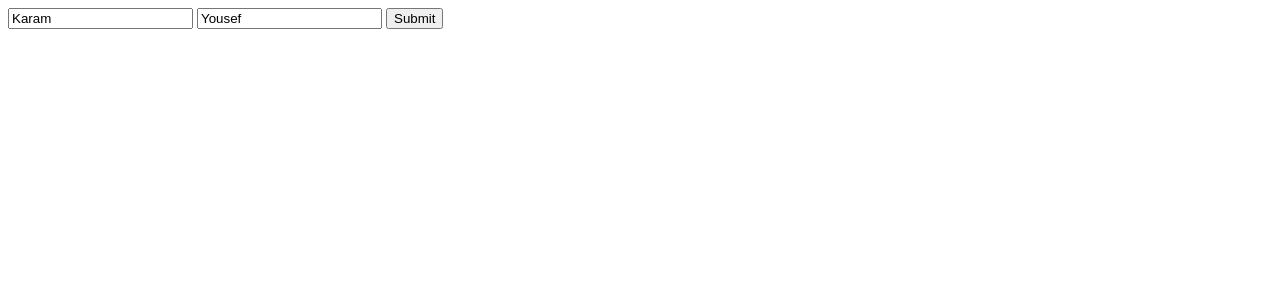
Repository: kchan75/kakaobank
Page: inserver/src/main/resources/static/index.html
These files come from the project's save history. The page is drawn as it stood at one moment and after the next save; the edit follows.
The browser window is 1280 px wide. The pictures show the whole page.

Above is the page before, as saved 2021-03-23 14:22:51.

After the next save:
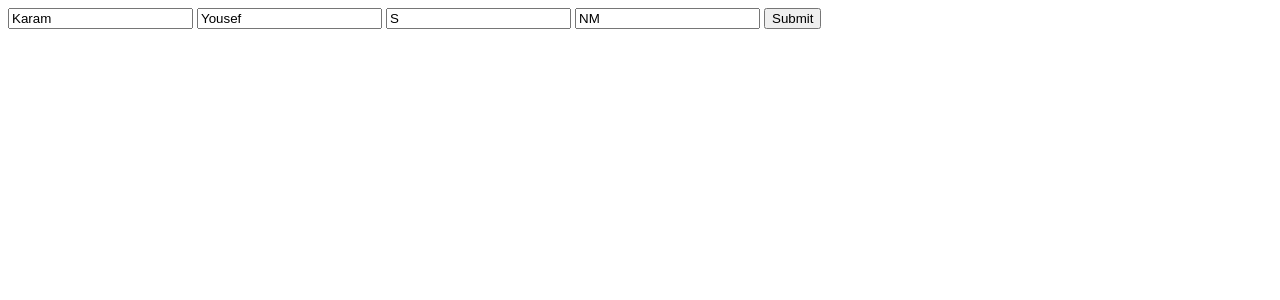
Saved 9 h 55 min later.
--- a/inserver/src/main/resources/static/index.html
+++ b/inserver/src/main/resources/static/index.html
@@ -5,13 +5,22 @@
 
 <body>
     <form id="formElem">
-        <input type="text" name="firstname" value="Karam">
-        <input type="text" name="lastname" value="Yousef">
+        <input type="text" name="guid" value="Karam">
+        <input type="text" name="trxDatetim" value="Yousef">
+        <input type="text" name="requestType" value="S">
+        <input type="text" name="responseType" value="NM">
         <input type="submit">
     </form>
     <div id="div">
     </div>
 </body>
+<script language="javascript">
+	 function time(){
+	  var time= new Date(); //시간받기위해서 new date
+	      document.getElementById("trxDatetim").innerHTML=time.getHours()+":"+time.getMinutes()+":"+time.getSeconds();
+	     setInterval("time()",1000);     //1초 지난후 time()실행
+	}
+</script>
 <script>
     formElem.onsubmit = async (e) => {
       e.preventDefault();
